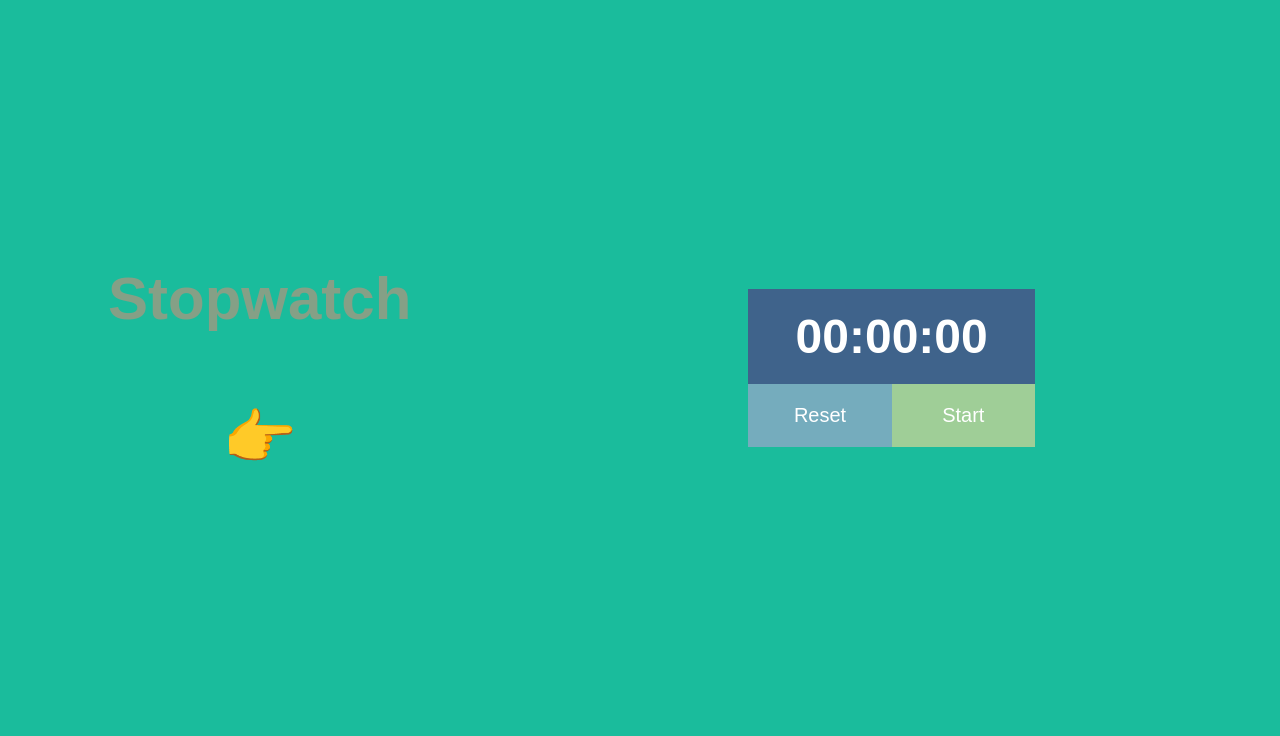
Repository: pilar122/stopwatch
Page: index.html
An editor plug-in stored every save of this project. The page is shown before and after the next save, followed by the edit.
The browser window is 1280 px wide. The pictures show the whole page.

Above is the page before, as saved 2022-06-19 13:01:49.

After the next save:
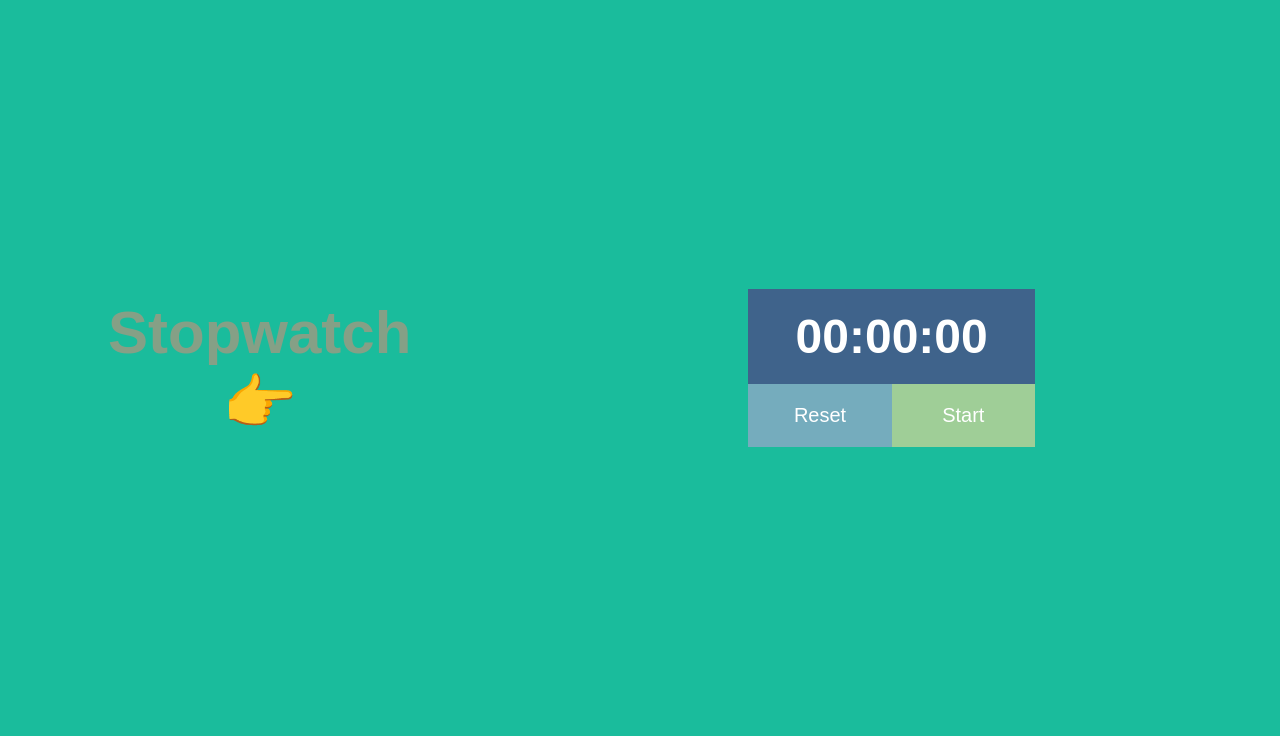
Saved 8 s later.
--- a/index.html
+++ b/index.html
@@ -9,7 +9,7 @@
     </head>
 
     <div class="header">
-        <h1>Stopwatch <br> <br> 👉</h1>
+        <h1>Stopwatch <br>👉</h1>
     </div>
 
     <body>
